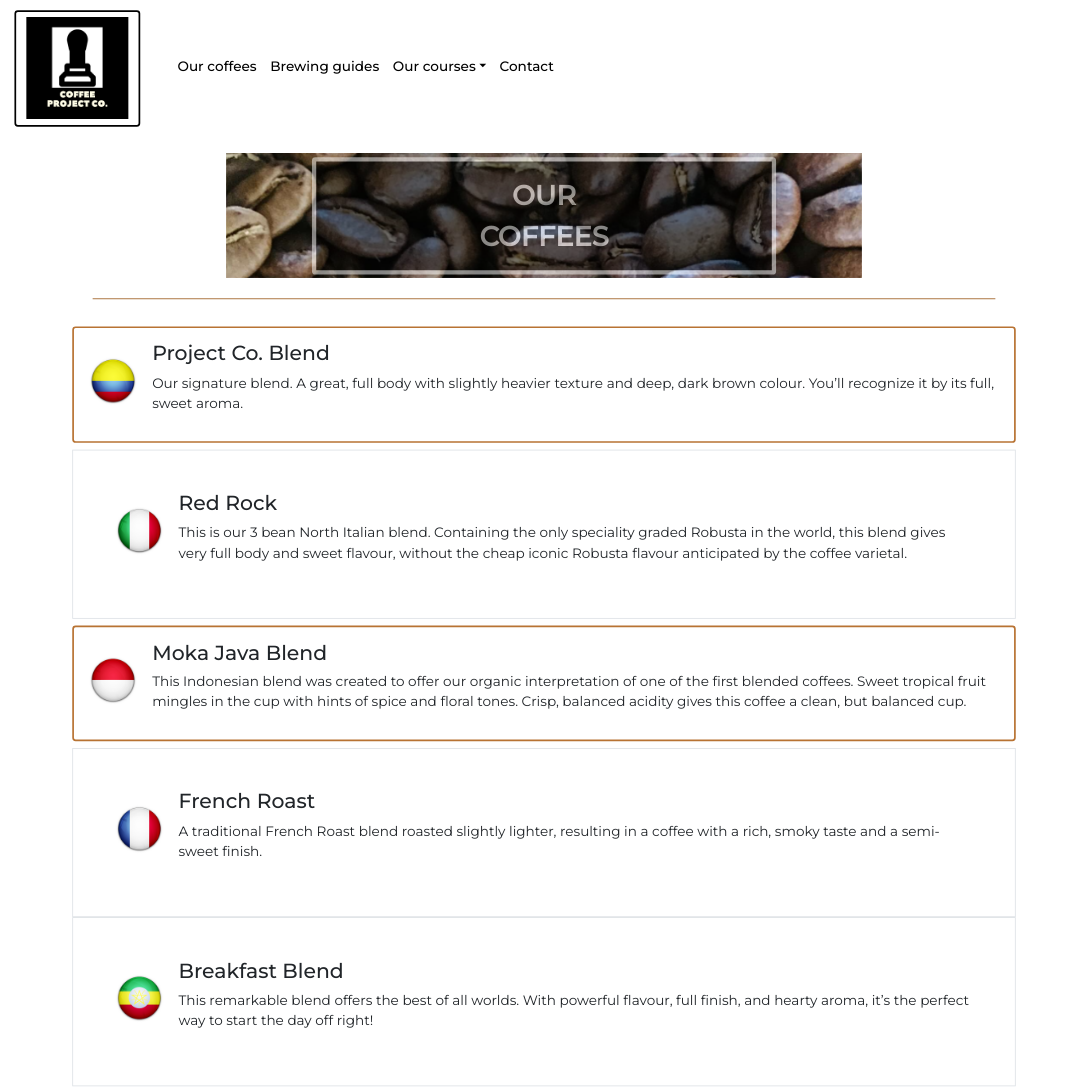
Repository: roxanahefferon/M1
Page: coffees-blends.html
The author's editor kept a record of every edit. The page is drawn from the files as they stood at one moment, then again after the next edit.
The browser window is 1280 px wide. The pictures show the whole page, at 85% of full size.
Some web libraries are served in a nearby version.

Above is the page before.

### coffees-blends.html
<!DOCTYPE html>
<html lang="en">

<head>
    <meta charset="UTF-8">
    <meta name="viewport" content="width=device-width, initial-scale=1.0">
    <meta http-equiv="X-UA-Compatible" content="ie=edge">
    <link rel="stylesheet" href="https://maxcdn.bootstrapcdn.com/bootstrap/4.0.0/css/bootstrap.min.css" integrity="sha384-Gn5384xqQ1aoWXA+058RXPxPg6fy4IWvTNh0E263XmFcJlSAwiGgFAW/dAiS6JXm" crossorigin="anonymous">
    <script src="https://kit.fontawesome.com/877201db70.js" crossorigin="anonymous"></script>
    <link rel="stylesheet" href="assets/css/style.css" type="text/css" />
    <title>Coffee Project Co.</title>
</head>

<body>
    <header>

        <!-- navbar -->

        <nav class="navbar navbar-expand-sm navbar-light fixed-top"> <a class="navbar-brand" href="index.html"> <img src="./assets/images/coffee-project-logo.png" width="120" alt="coffeeproject-logo"></a>
            <button class="navbar-toggler" type="button" data-toggle="collapse" data-target="#collapsibleNavbar">
    <span class="navbar-toggler-icon"></span>
  </button>
            <div class="collapse navbar-collapse " id="collapsibleNavbar">
                <ul class="navbar-nav">
                    <li class="nav-item">
                        <a class="nav-link" href="coffees.html">Our coffees</a>
                    </li>
                    <li class="nav-item">
                        <a class="nav-link" href="brewing.html">Brewing guides</a>
                    </li>
                    <li class="nav-item dropdown">
                        <a class="nav-link dropdown-toggle" href="#" id="navbardrop" data-toggle="dropdown">Our courses</a>
                        <div class="dropdown-menu">
                            <a class="dropdown-item" href="intro.html">Intro to coffee</a>
                            <a class="dropdown-item" href="barista-sca.html">Barista SCA</a>
                            <a class="dropdown-item" href="brewing-sca.html">Brewing SCA</a>
                        </div>
                    </li>
                    <li class="nav-item">
                        <a class="nav-link" href="contact.html">Contact</a>
                    </li>
                </ul>
            </div>
        </nav>


    </header>

    <!-- heading  -->

<div class="container main-container">
        <div class="container headers-landing">
            <div class="row no-gutters">
                <div class="col">
                    <img src="./assets/images/our-coffee.jpg" alt="roasted coffee beans image">
                    <p class="ph-landing">Our Coffees</p>
                </div>
            </div>
        </div>

        <hr class="section-divider">

 <!-- main media objects -->


        <div class="row no-gutters">
            <div class="col-12">
                <div class="media my-border my-2 p-3">
                    <img src="./assets/images/colombia-icon.png" alt="colombia icon" class="mr-3 mt-3 rounded-circle" style="width:60px;">
                    <div class="media-body">
                        <h4>Project Co. Blend</h4>
                        <p>Our signature blend. A great, full body with slightly heavier texture and deep, dark brown colour. You’ll recognize it by its full, sweet aroma. </p>
                    </div>
                </div>

                <div class="media border p-5">
                    <img src="./assets/images/italy-icon.png" alt="italy icon" class="mr-3 mt-3 rounded-circle" style="width:60px;">
                    <div class="media-body">
                        <h4>Red Rock</h4>
                        <p>This is our 3 bean North Italian blend. Containing the only speciality graded Robusta in the world, this blend gives very full body and sweet flavour, without the cheap iconic Robusta flavour anticipated by the coffee varietal.</p>
                    </div>
                </div>

            </div>

            <div class="col-12">

                <div class="media my-border my-2 p-3">
                    <img src="./assets/images/indonesia-icon.png" alt="indonesia icon" class="mr-3 mt-3 rounded-circle" style="width:60px;">
                    <div class="media-body">
                        <h4>Moka Java Blend</h4>
                        <p>This Indonesian blend was created to offer our organic interpretation of one of the first blended coffees. Sweet tropical fruit mingles in the cup with hints of spice and floral tones. Crisp, balanced acidity gives this coffee
                            a clean, but balanced cup.</p>
                    </div>
                </div>

            </div>

            <div class="col-12">

                <div class="media border p-5">
                    <img src="./assets/images/france-icon.png" alt="french icon" class="mr-3 mt-3 rounded-circle" style="width:60px;">
                    <div class="media-body">
                        <h4>French Roast</h4>
                        <p>A traditional French Roast blend roasted slightly lighter, resulting in a coffee with a rich, smoky taste and a semi-sweet finish. </p>
                    </div>
                </div>

            </div>

            <div class="col-12">

                <div class="media border p-5">
                    <img src="./assets/images/ethiopia-icon.png" alt="ethiopia icon" class="mr-3 mt-3 rounded-circle" style="width:60px;">
                    <div class="media-body">
                        <h4>Breakfast Blend</h4>
                        <p>This remarkable blend offers the best of all worlds. With powerful flavour, full finish, and hearty aroma, it’s the perfect way to start the day off right!</p>
                    </div>
                </div>

            </div>

            <div class="col-12">

            </div>
        </div>





        <! --- footer --->

        <footer>

        </footer>


            <script src="https://code.jquery.com/jquery-3.2.1.slim.min.js" integrity="sha384-KJ3o2DKtIkvYIK3UENzmM7KCkRr/rE9/Qpg6aAZGJwFDMVNA/GpGFF93hXpG5KkN" crossorigin="anonymous"></script>
            <script src="https://cdnjs.cloudflare.com/ajax/libs/popper.js/1.12.9/umd/popper.min.js" integrity="sha384-ApNbgh9B+Y1QKtv3Rn7W3mgPxhU9K/ScQsAP7hUibX39j7fakFPskvXusvfa0b4Q" crossorigin="anonymous"></script>
            <script src="https://maxcdn.bootstrapcdn.com/bootstrap/4.0.0/js/bootstrap.min.js" integrity="sha384-JZR6Spejh4U02d8jOt6vLEHfe/JQGiRRSQQxSfFWpi1MquVdAyjUar5+76PVCmYl" crossorigin="anonymous"></script>
        </body>

</html>

### assets/css/style.css
@import url('https://fonts.googleapis.com/css?family=Lato:100,200,300,400,500,600,700|Montserrat:100,200,300,400,500&display=swap');

body {
    margin: 0;
    padding: 0;
    font-family: "Montserrat", sans-serif;
}

/* all pages */

.main-container {
    margin-top: 180px;
}

.section-divider {
    background-color: #b87333;
    margin: 1.5rem;
}

.uppercase {
    text-transform: uppercase;
}

/* buttons */

.my-button {
    margin-top: 1rem;
    background-color: #b87333;
    color: #ffffff;
}

.my-button:hover {
    background-color: #4a4a4f;
    color: #ffffff;
    border: 2px solid #4a4a4f;

}

.my-border {
    border: 2px solid #b87333;
    border-radius: 0.25rem;
}

/* headers */

.headers-landing {
    position: relative;
    text-align: center;
}

.ph-landing {
    position: absolute;
    top: 50%;
    left: 50%;
    transform: translate(-50%, -50%);
    border: 5px solid;
    border-radius: 0.25rem;
    padding: 1rem 12rem;
    color: #fff;
    background-color: #000;
    opacity: 0.5;
    text-transform: uppercase;
    font-weight: bold;
    font-size: 1rem;
}

/* all forms */

.form-heading {
    color: #4a4a4f;
    font-family: "Lato", sans-serif;
    font-weight: bolder;
    margin-bottom: 2rem;
}

input[type=text],
input[type=email],
.form-control {
    color: #495057;
    border: 2px solid #b87333;
    border-radius: 0.25rem;
    width: 100%;
    margin-bottom: 0.25rem;
}

/* navbar */

.navbar-brand {
    margin-left: 0.05rem;
    margin-top: 0.25rem;
    border: solid 2px;
    border-color: #000000;
    border-radius: 0.25rem;
    padding: .40rem .75rem;
}

.navbar-light {
    background-color: #ffffff;
}

.navbar fixed-top {
    position: fixed !important;
}

.navbar-brand:hover {
    border-color: #b87333;
}

.navbar .navbar-toggler {
    border: solid 2px;
    border-color: #000000;
}

.navbar .navbar-toggler:hover {
    border-color: #b87333;
}

.dropdown a {
    font-weight: 500;
}

.navbar-nav a {
    font-weight: 500;
}

.dropdown-menu {
    border: solid 2px;
    color: #669966;
}

.dropdown-menu:hover {
    color: #b87333;
}

.navbar-collapse {
    margin-left: 20px;
}

.nav-item a {
    color: #000000;
}

.navbar-light .navbar-nav .nav-link {
    color: #000000;
}

.bgblack {
    background-color: #000000;
    padding: 0;
}

/* jumbotron hero image */

.landing-container {
    background-image: url("https://i.imgur.com/kNQRjOg.png");
    background-position: center;
    background-repeat: no-repeat;
    background-size: cover;
    position: relative;
    -webkit-background-size: cover;
    -moz-background-size: cover;
    -o-background-size: cover;
    display: flex;
    align-items: center;
    justify-content: center;
}

h1 {
    color: #ffffff;
    text-align: center;
}

.jumbotron {
    background-color: rgba(0, 0, 0, 0.75);
}

.jumbotron p {
    color: #ffffff;
    font-size: 1rem;
    text-align: center;
}

.badge-light {
    background-color: #b22222;
    border: none;
    color: #ffffff;
    font-size: 1.5rem;
    margin-left: 0.25rem;
}

.badge-light:hover {
    background-color: #333333;
    border: none;
    color: #000000;
}

.quote-landing {
    color: #b87333;
    text-align: center;
    font-family: "Lora", sans-serif;
    font-weight: 500;
    font-size: 1.2rem;
    margin-top: 1rem;
    padding: 5px;
}

.quote {
    margin-top: 1rem;
    margin-bottom: 1rem;
}

/* about us */

.about {
    color: #fafafa;
    font-weight: lighter;
    margin-bottom: 0.5rem;
    padding: 0.5rem 0;
    border-radius: 0.25rem;
}

.about p {
    margin: 1rem;
    text-align: center;
}

/* our-coffees-landing */

.our-coffees-landing {
    margin-top: 2rem;
    padding: 0;
}

.our-coffees-img {
    padding: 0;
    width: 100%;
    height: auto;
}

/* coffee-single */

.checked {
  color: #669966;
}



.coffee-review {
    margin-bottom: 0;
}

/* landing cards */

.card-header {
    background-color: #ffffff;
    color: #b87333;
    text-align: center;
}

.card-body {
    background-color: #ffffff;
}

.card-text {
    color: #4a4a4f;
    font-weight: lighter;
}

/* landing sca courses */

.sca-section {
    margin-top: 20px;
}

.sca-img {
    padding: 0;
    border: 2px solid;
    border-radius: 0.25rem;
}

/* brewing.html */

.brew-cards {
    background-color: #ffffff;
    border: 2px solid #b87333;
    border-radius: 0.25rem;
}

.brew-cards:hover {
    background-color: #ffffff;
    border: 2px solid #669966;
}

.brew-cards a {
    color: #000000;
    text-decoration: none;
    background-color: #ffffff;
}

.brew-cards a:hover {
    font-size: 20px;
    font-weight: bold;
    color: #669966;
}

/* intro.html */

.sca-content {
    margin: 2rem;
    border: 2px solid #669966;
    border-radius: 0.25rem;
    padding: 1rem;
}

/* quotes */

.media-quotes img{

}

/* footer */

.footer {
    background-color: #22b2b2;
    color: #ffffff;
    font-size: 0.5rem;
    font-family: "Montserrat", sans-serif;
    margin-top: 2rem;
    padding-top: 2rem;
}

.fab {
    color: #ffffff;
    font-size: 14px;
}

.fab:hover {
    font-size: x-large;
}

.my-info p {
    font-size: 14px;
}

/* brewing guides (all .htmls) */

.brewing-container {
    padding: 1rem;
    background-color: #669966;
    border: 1px solid #669966;
    border-radius: 0.25rem;
}

.brewing-container h2 {
    font-family: "Lato", sans-serif;
}

.brewing-download {
    padding-top: 0.5rem;
    font-weight: bold;
    text-align: center;
}

.brewing-download a {
    text-decoration: none;
    color: #b87333;
}

/* contact.html */

.contact-us {
    margin-top: 2rem;
}

.fas {
    color: #b22222;
}

/* media queries */

@media (min-width: 768px) {
    .quote-landing {
        font-size: 2.5rem;
    }
}

@media (min-width: 768px) {
    .footer {
        font-size: 1.5rem;
    }
    .fab {
        font-size: 1.5rem;
    }
    .ph-landing {
        font-size: 2rem;
    }
}

@media (max-width: 576px) {
    .carousel-inner img {
        width: 334px;
        height: 229px;
    }
}

After the next edit:
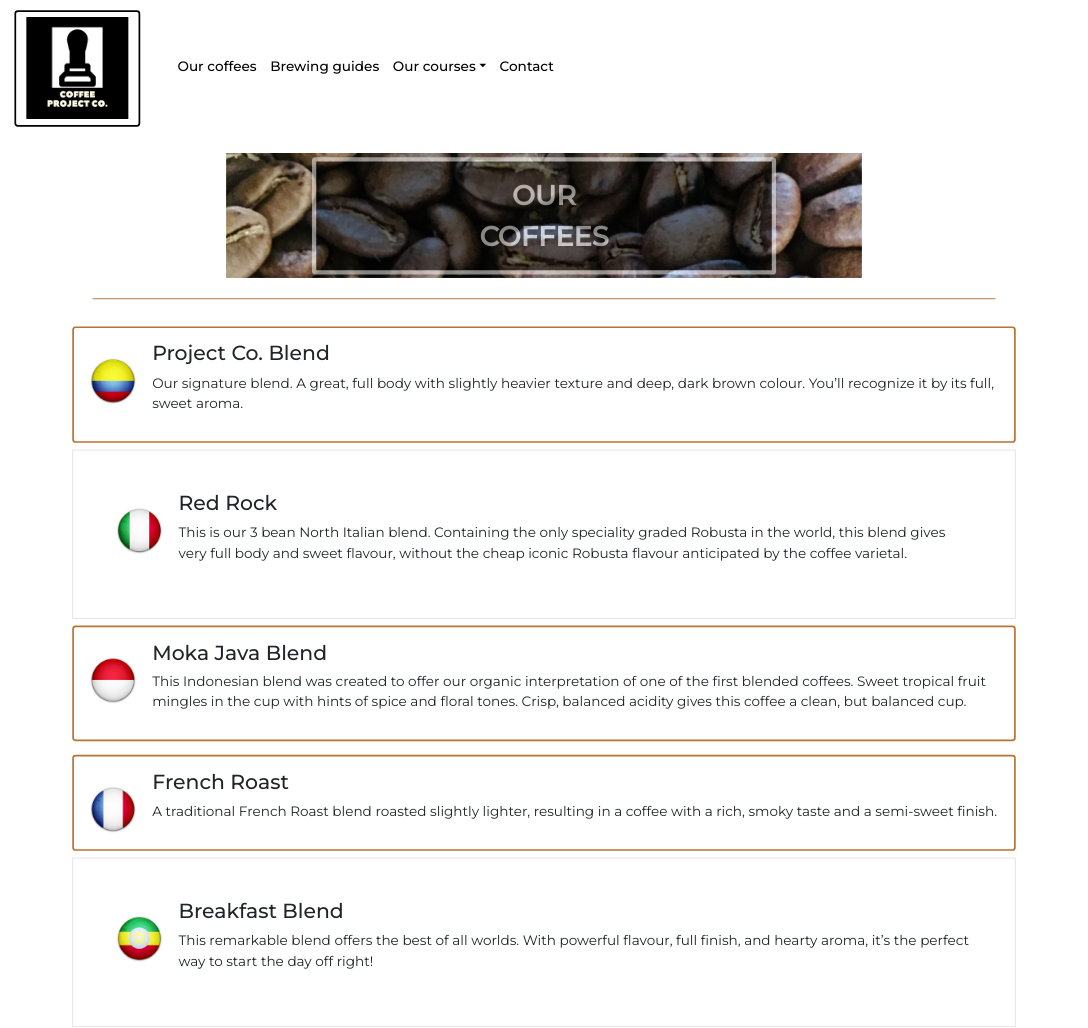
The edit:
--- a/coffees-blends.html
+++ b/coffees-blends.html
@@ -98,7 +98,7 @@
 
             <div class="col-12">
 
-                <div class="media border p-5">
+                <div class="media my-border my-2 p-3">
                     <img src="./assets/images/france-icon.png" alt="french icon" class="mr-3 mt-3 rounded-circle" style="width:60px;">
                     <div class="media-body">
                         <h4>French Roast</h4>
